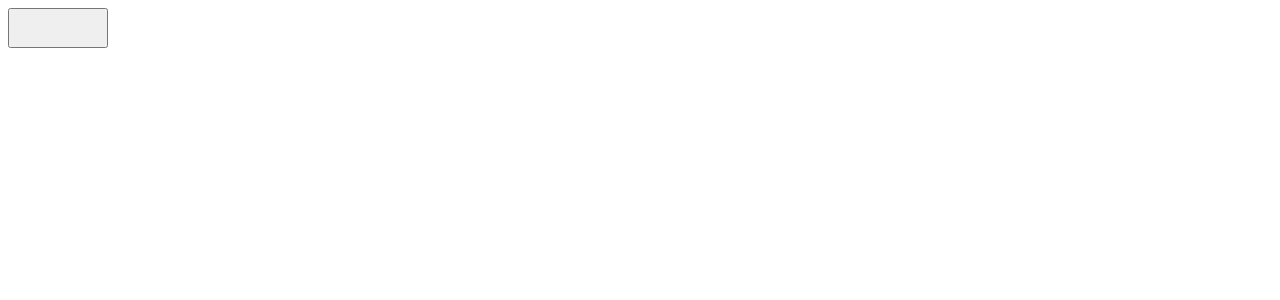
Repository: tung1233hhhhhhhhhhhhh/sadd
Page: index.html
An editor plug-in stored every save of this project. The page is shown before and after the next save, followed by the edit.
The browser window is 1280 px wide. The pictures show the whole page.

Above is the page before, as saved 2023-03-06 20:25:24.
Console error: ReferenceError: blue is not defined

### index.html
<!DOCTYPE html>
<html lang="en">

<head>
    <meta charset="UTF-8">
    <meta http-equiv="X-UA-Compatible" content="IE=edge">
    <meta name="viewport" content="width=device-width, initial-scale=1.0">
    <title>Document</title>
</head>

<body>
    <div id="block"></div>
    <div id="chance"></div>
    <div id="test"></div>

    <button style="width: 100px;
    height: 40px;" onclick="Mylist()"></button>

</body>
<link rel="stylesheet" href="./index.js">

<script type="text/javascript">

    const cars = new Array("asd", "asdas", "asdas");
    const car = [];
    car[0] = 'asd';
    car[1] = 'oto';

    const btn = {
        type: 'let',
        color: "red",
        model: blue
    }

    document.getElementById('test').innerHTML = btn.model;
    var x = 10;
    console.log(x);
    // alert("javascript");

    function Mylist() {
        document.getElementById('block').innerHTML = cars;
        document.getElementById('chance').innerHTML = car;
        car.push("ds");
    }
</script>

</html>

### index.js
// const btn = document.getElementsByClassName(".block");
const btn = document.querySelector(".block");

// btn = 4 + 5;

After the next save:
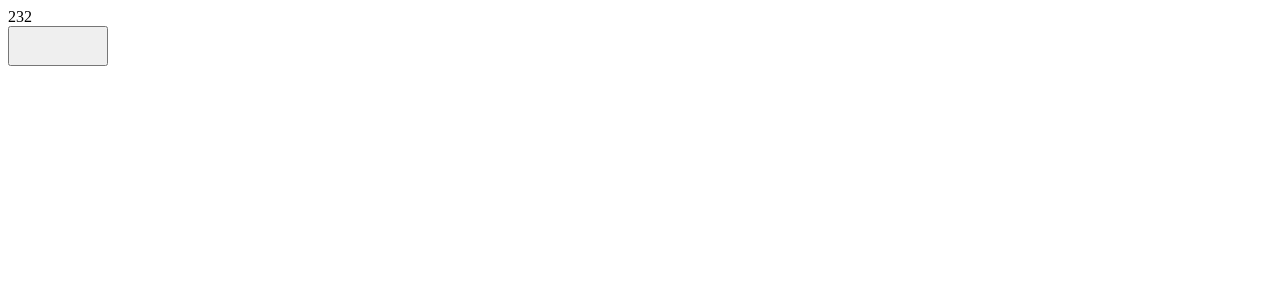
The error is gone.
Saved 14 s later.
--- a/index.html
+++ b/index.html
@@ -29,7 +29,7 @@
     const btn = {
         type: 'let',
         color: "red",
-        model: blue
+        model: 232
     }
 
     document.getElementById('test').innerHTML = btn.model;
